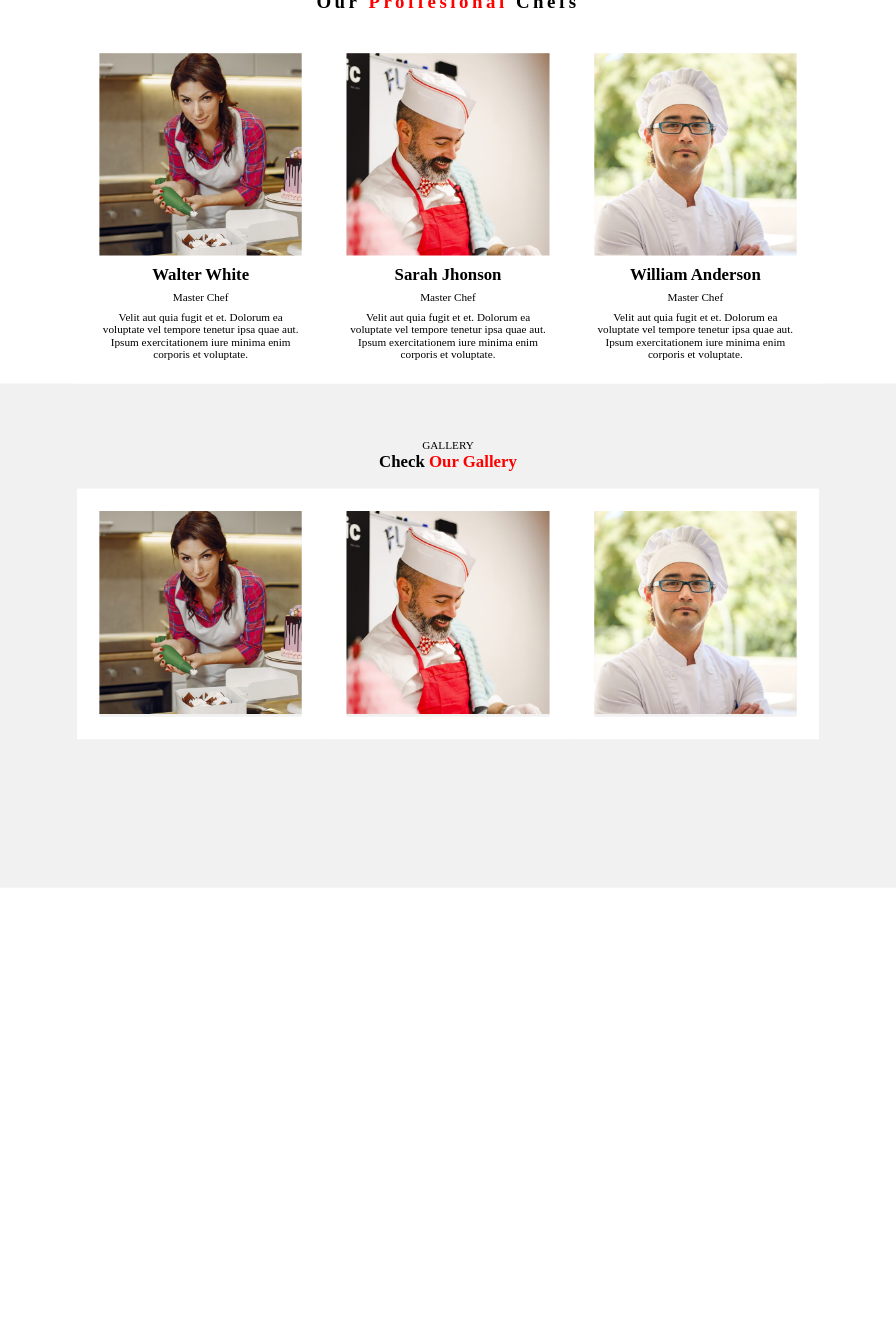
Repository: Ahmedalid/New-project
Page: Rout/index.html
The author's editor kept a copy of each file at every save. The page is drawn from the files as they stood at one save, then again after a run of saves.
The browser window is 1280 px wide. The pictures show the part of the page from y = 880 to 2800 px (the page is 5000 px tall), at 70% of full size.

Above is the page before, as saved 2023-06-08 11:37:14.

After the next 3 saves:
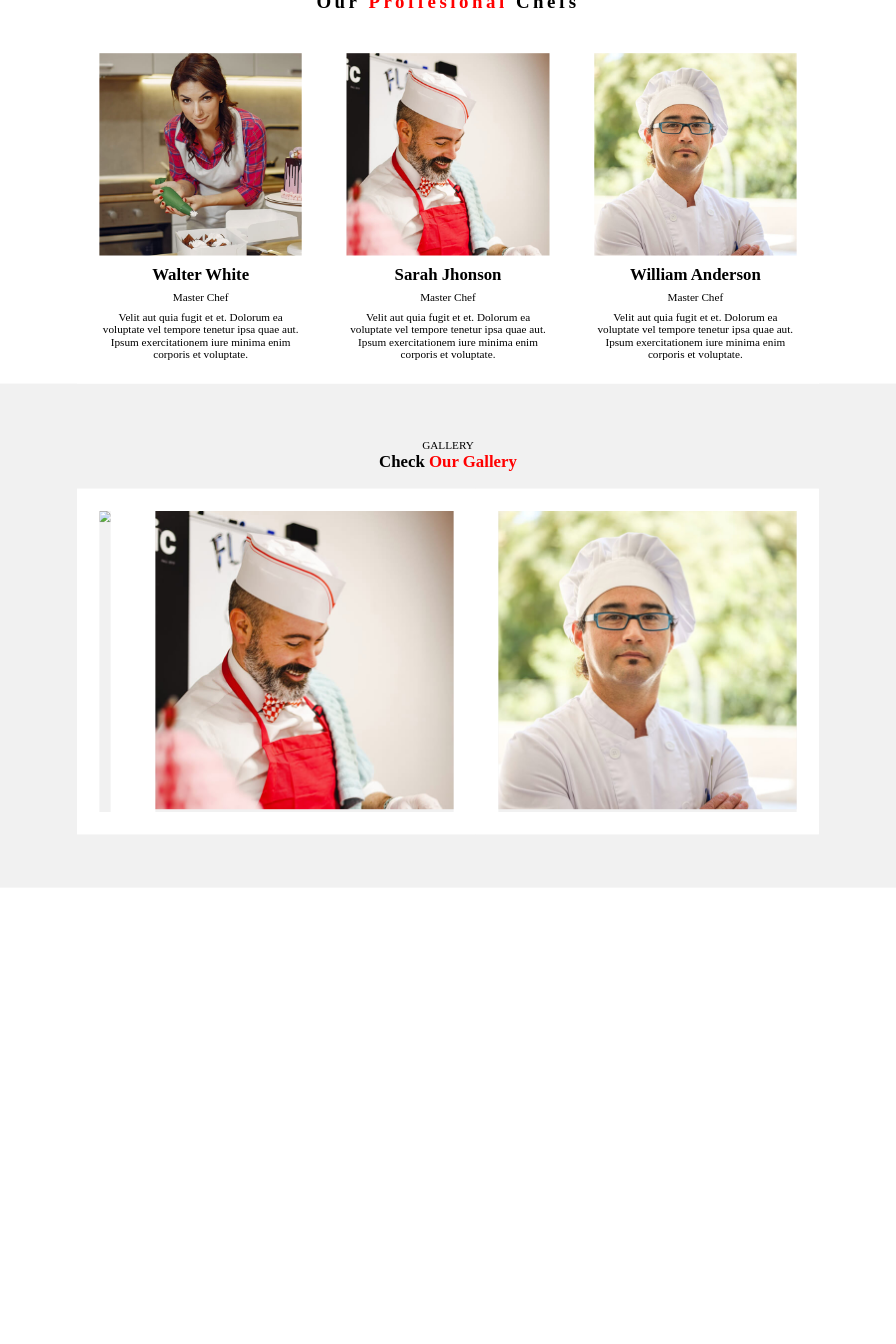
Not found: Rout/img/meal-1 (1).jpg alt=
The 3 saves are shown as one change because they came seconds apart.
The last was saved 41 s later.
--- a/Rout/index.html
+++ b/Rout/index.html
@@ -119,7 +119,7 @@
           <div class="d-bettwen">
             <div class="mt card-img">
                 <div class="">
-                    <img src="img/chefs-2.jpg" alt="">
+                    <img src="img/meal-1 (1).jpg alt=">
 
 
                 </div>
